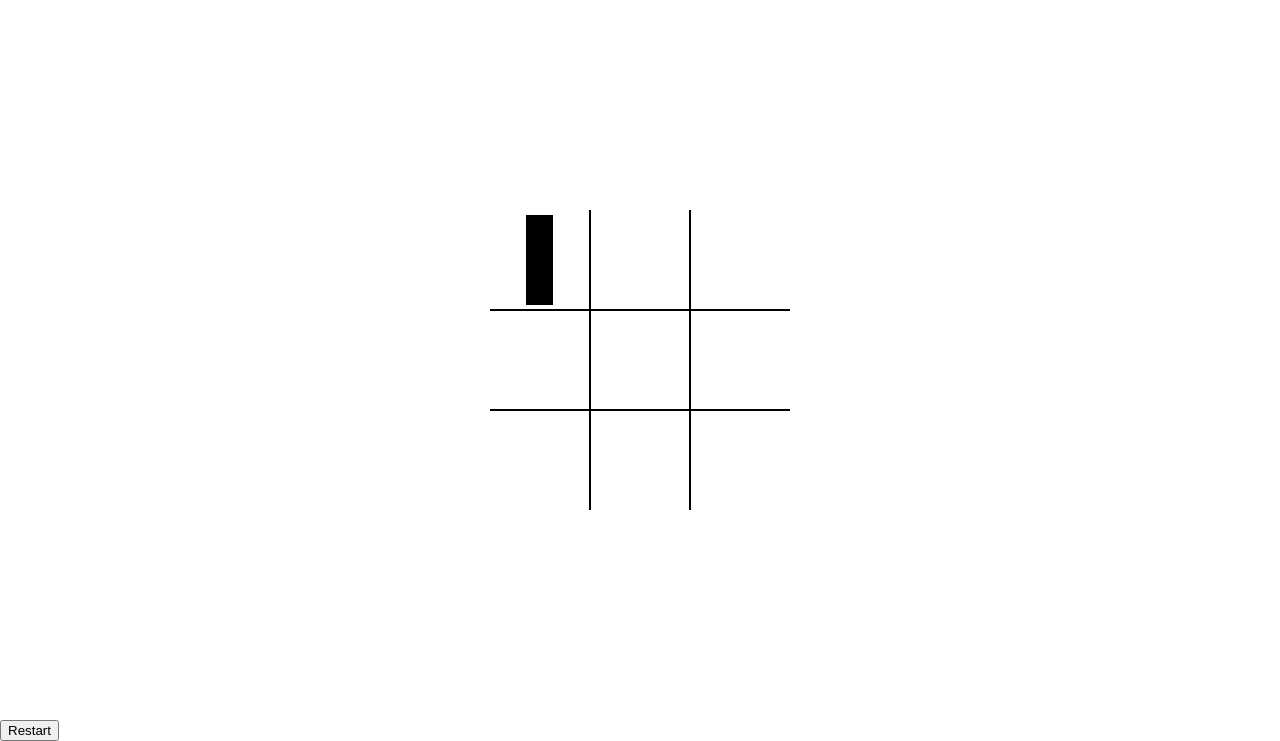
Repository: divya2/tic-toc-toe
Page: index.html
An editor plug-in stored every save of this project. The page is shown before and after the next save, followed by the edit.
The browser window is 1280 px wide. The pictures show the whole page.

Above is the page before, as saved 2020-10-29 21:07:17.
Not found: script.js

### index.html
<!DOCTYPE html>
<html lang="en">
<head>
    <meta charset="UTF-8">
    <meta name="viewport" content="width=device-width, initial-scale=1.0">
    <link rel="stylesheet" href="styles.css">
    <script src="script.js" defer></script>
    <title>Document</title>
</head>
<body>
    <div class="board" id="board">
        <div class="cell x" data-cell></div>
        <div class="cell" data-cell></div>
        <div class="cell" data-cell></div>
        <div class="cell" data-cell></div>
        <div class="cell" data-cell></div>
        <div class="cell" data-cell></div>
        <div class="cell" data-cell></div>
        <div class="cell" data-cell></div>
        <div class="cell" data-cell></div>
    </div>

    <div class="winning-message">
        <button id="restartButton">Restart</button>
    </div>
</body>
</html>

### styles.css
*, *::after, *::before {
    box-sizing: border-box;
}

:root {
    --cell-size: 100px;
    --mark-size: calc(var(--cell-size)* .9);
}
body {
    margin: 0;
}

.board {
    width: 100w;
    height: 100vh;
    display: grid;
    justify-content: center;
    align-content: center;
    justify-content: center;
    align-items: center;
    grid-template-columns: repeat(3,auto);
}

.cell {
    width: var(--cell-size);
    height: var(--cell-size);
    border: 1px solid black;
    display: flex;
    justify-content: center;
    align-items: center;
}

.cell:first-child,
.cell:nth-child(2),
.cell:nth-child(3){
    border-top: none;
}

.cell:nth-child(3n+1){
    border-left: none;
}

.cell:nth-child(3n+3){
    border-right: none;
}

.cell:last-child,
.cell:nth-child(8),
.cell:nth-child(7){
    border-bottom: none;
}

.cell.x::before,
.cell.x::after{
    content:'';
    width: calc(var(--mark-size)*.15);
    height: var(--mark-size);
    background-color: black;
}

After the next save:
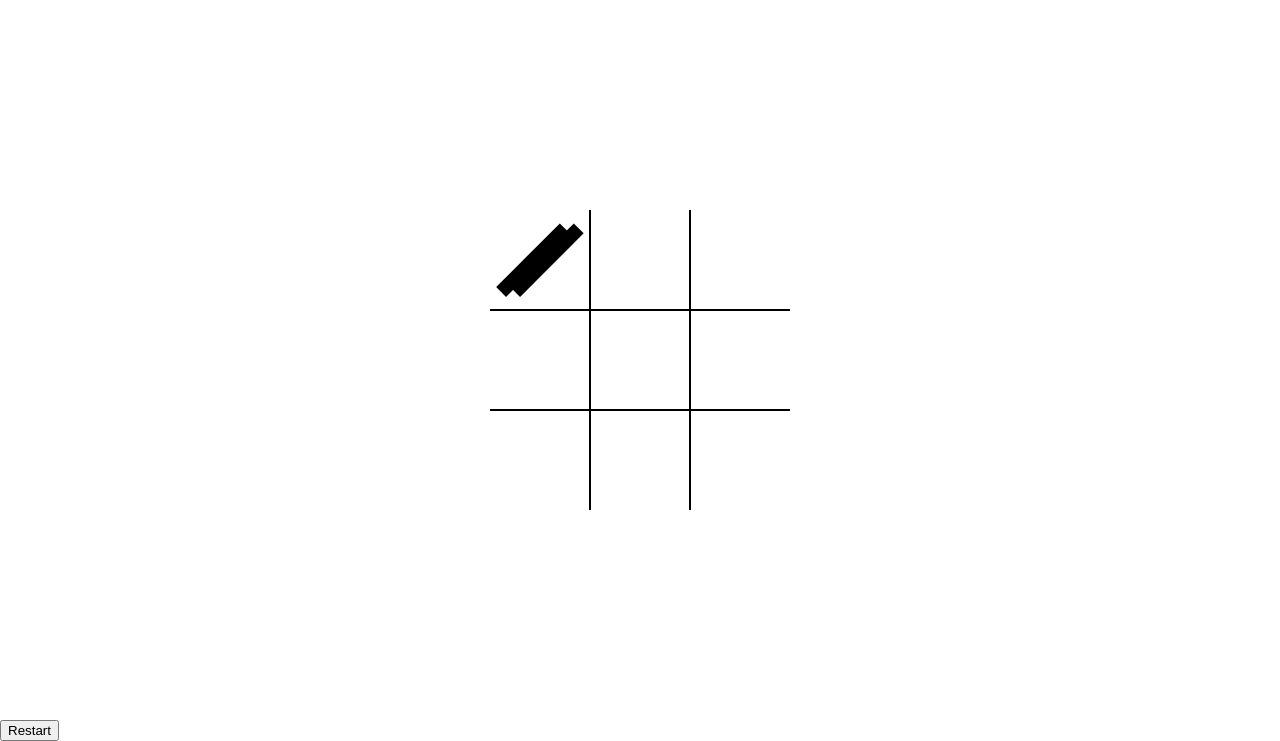
Saved 91 s later.
--- a/styles.css
+++ b/styles.css
@@ -57,3 +57,11 @@ body {
     height: var(--mark-size);
     background-color: black;
 }
+
+.cell.x::after{
+    transform: rotate(45deg);
+}
+
+.cell.x::before{
+    transform: rotate(45deg);
+}
